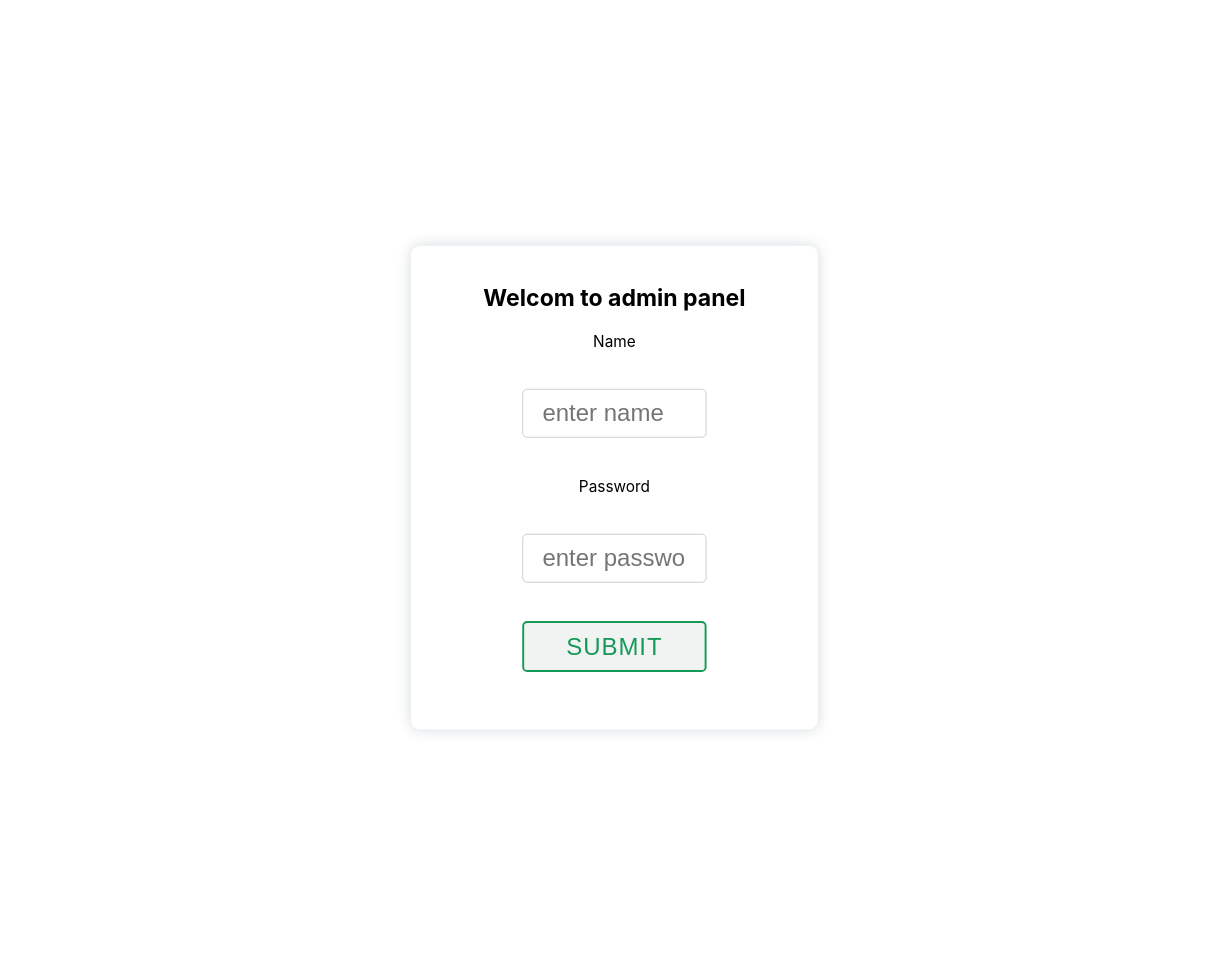
Repository: superHotBob/admin_nftillion
Page: /collections
The author's editor kept a copy of each file at every save. The page is drawn from the files as they stood at one save, then again after the next save.
The browser window is 1280 px wide. The pictures show the whole page, at 96% of full size.
The project was rebuilt for these pictures with package versions that can differ from the ones it lists, and the page was loaded fresh each time. Also part of the build but not shown: src/components/Users/styles.scss, src/components/NavPanel/styles.scss, src/components/Users/index.js, src/components/Collections/styles.scss.

Above is the page before, as saved 2022-04-22 17:54:56.

### src/index.js
import React from "react";
import ReactDOM from "react-dom/client";
import "./index.css";
import { BrowserRouter } from "react-router-dom";
import "./index.css";
import App from "./App";

import reportWebVitals from "./reportWebVitals";

const root = ReactDOM.createRoot(document.getElementById("root"));
root.render(
  <React.StrictMode>
    <BrowserRouter>
      <App />
    </BrowserRouter>
  </React.StrictMode>
);

// If you want to start measuring performance in your app, pass a function
// to log results (for example: reportWebVitals(console.log))
// or send to an analytics endpoint. Learn more: https://bit.ly/CRA-vitals
reportWebVitals();

### src/App.js
import * as React from "react";
import { Routes, Route } from "react-router-dom";
import { Home } from "./components/Home";
import { Users } from "./components/Users";
import './App.css';
import { Collections } from "./components/Collections";

function App() {
  return (
    <div className="App">
    <Routes>
        <Route path="/" element={<Home />} />
        <Route path="users" element={<Users />} />
        <Route path="collections" element={<Collections />} />
      </Routes>
    </div>
  );
}

export default App;

### src/components/Home/index.js
import * as React from "react";
import "./styles.scss";
import axios from "axios";
import { useNavigate } from "react-router-dom";

export const Home = () => {
  const [password, setPassword] = React.useState("");
  const [name, setName] = React.useState("");
  let navigate = useNavigate();

  function login(event) {
    event.preventDefault();
    axios
      .post(`https://jsonplaceholder.typicode.com/users`, {
        name: name,
        password: password,
      })
      .then((res) => {
        console.log(res.data);
        if (res.data.name === "bob") {
          localStorage.setItem("name", res.data.name);
          navigate("/users");
        } else {
          navigate("/");
        }
      });
  }
  return (
    <div className="mainblock">
      <h2>Welcom to admin panel</h2>
      <form onSubmit={login}>
        <label>
          Name
          <input
            type="text"
            value={name}
            required
            onChange={(e) => setName(e.target.value)}
            placeholder="enter name"
          />
        </label>
        <label>
          Password
          <input
            type="password"
            value={password}
            required
            onChange={(e) => setPassword(e.target.value)}
            placeholder="enter password"
          />
        </label>
        <button type="submit">SUBMIT</button>
      </form>
    </div>
  );
};

### src/components/Collections/index.js
import * as React from "react";
import axios from "axios";
import { useNavigate } from "react-router-dom";

import "./styles.scss";
import { NavPanel } from "../NavPanel";

export const Collections = () => {
  const [data, setData] = React.useState([]);
  let navigate = useNavigate();
  const name = localStorage.getItem("name");
  React.useEffect(() => {
     name ?
    axios.get(`https://jsonplaceholder.typicode.com/users`).then((res) => {
      console.log(res.data);
      setData(res.data);
    }): navigate('/');
  }, [name,navigate]);

  return (
    <>
     <NavPanel />
      <h1 className="header">
        List of Collections
      </h1>
      <div className="mainblockuser">
        <header>
          <span>wallet</span>
          <span>date reg.</span>
          <span>date last auth</span>
          <span>amount collections</span>
          <span>amount NFTs</span>

        </header>
        <section>
          {data.map((i) => (
            <p className="data">
              <span>{i.id}</span>
              <span>{i.name}</span>
              <span>{i.username}</span>
              <span>{i.email}</span>
              <span>{i.phone}</span>

            </p>
          ))}
        </section>
      </div>
    </>
  );
};

### src/components/Home/styles.scss
$submit: #159957;
$white: #F1F2F2;
$transition: all 0.25s ease-in-out;
.mainblock {
    width: 30%;
    height: auto;
    padding: 20px;
    margin: 20vw auto;
    box-shadow: 0 0 14px 0 rgba(34, 60, 80, 0.2);
    border-radius: 10px;
    input, button {
        font-size: 25px;
        padding: 10px 20px;
        display: block;
        width: 50%;
        border-radius: 5px;
        border: 1px solid #ccc;
        margin: 40px auto;
        cursor: pointer;
        box-sizing: border-box;
        outline: none;


    }
    @mixin mybutton($color_1, $color_2) {
        border: 2px solid $color_1;

        letter-spacing: 1px;
        text-transform: uppercase;
          color: $color_1;
        background-color: $color_2;
          transition: $transition;
          &:hover {
              background-color: $color_1;
              border-color: $color_1;
              color: $color_2;
          }
          &:active {
              background-color: $color_1;
              border-color: $color_1;
              color: $color_2;
              box-shadow: none;
          }
          &:focus, &:active:focus {
              background-color: $color_1;
              border-color: $color_1;
              color: $color_2;
              outline: 5px auto $color_1;
          }
      }

    button {

            @include mybutton($submit, $white);

    }
}

### src/components/NavPanel/index.js
import "./styles.scss";
import { NavLink } from "react-router-dom";
export const NavPanel = () => {
  return (
    <div className="mainNavBlock">
      <NavLink
        style={({ isActive }) => {
          return {
            display: "block",
            padding: 20,
            textDecoration: 'none',
            width: "50%",
            backgroundColor: isActive ? "#c0c0c0" : "whitw",
            color: !isActive ? "#c0c0c0" : "white",
          };
        }}
        to="/users"
      >
        USERS
      </NavLink>
      <NavLink
        style={({ isActive }) => {
          return {
            display: "block",
            width: "50%",
            textDecoration: 'none',
            padding: 20,
            backgroundColor: isActive ? "#c0c0c0" : "white",
            color: !isActive ? "#c0c0c0" : "white",

          };
        }}
        to="/collections"
      >
        COLLECTIONS
      </NavLink>
    </div>
  );
};

Loaded but not shown: public/index.html (common file); src/index.css (common file); src/reportWebVitals.js (common file); src/App.css (common file)

After the next save:
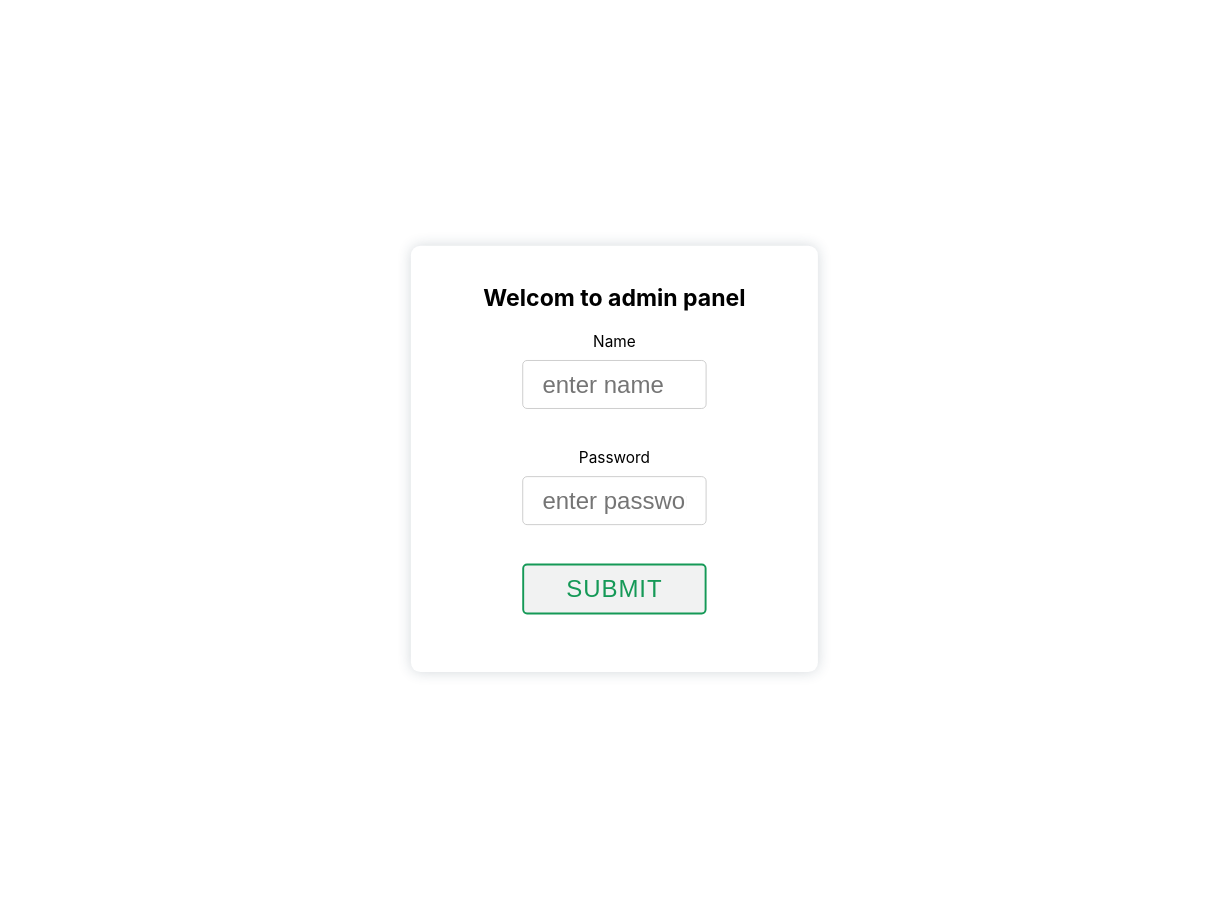
Saved 35 s later.
--- a/src/components/Home/styles.scss
+++ b/src/components/Home/styles.scss
@@ -15,13 +15,14 @@ $transition: all 0.25s ease-in-out;
         width: 50%;
         border-radius: 5px;
         border: 1px solid #ccc;
-        margin: 40px auto;
+        margin: 10px auto 40px;
         cursor: pointer;
         box-sizing: border-box;
         outline: none;
 
 
     }
+
     @mixin mybutton($color_1, $color_2) {
         border: 2px solid $color_1;
 
